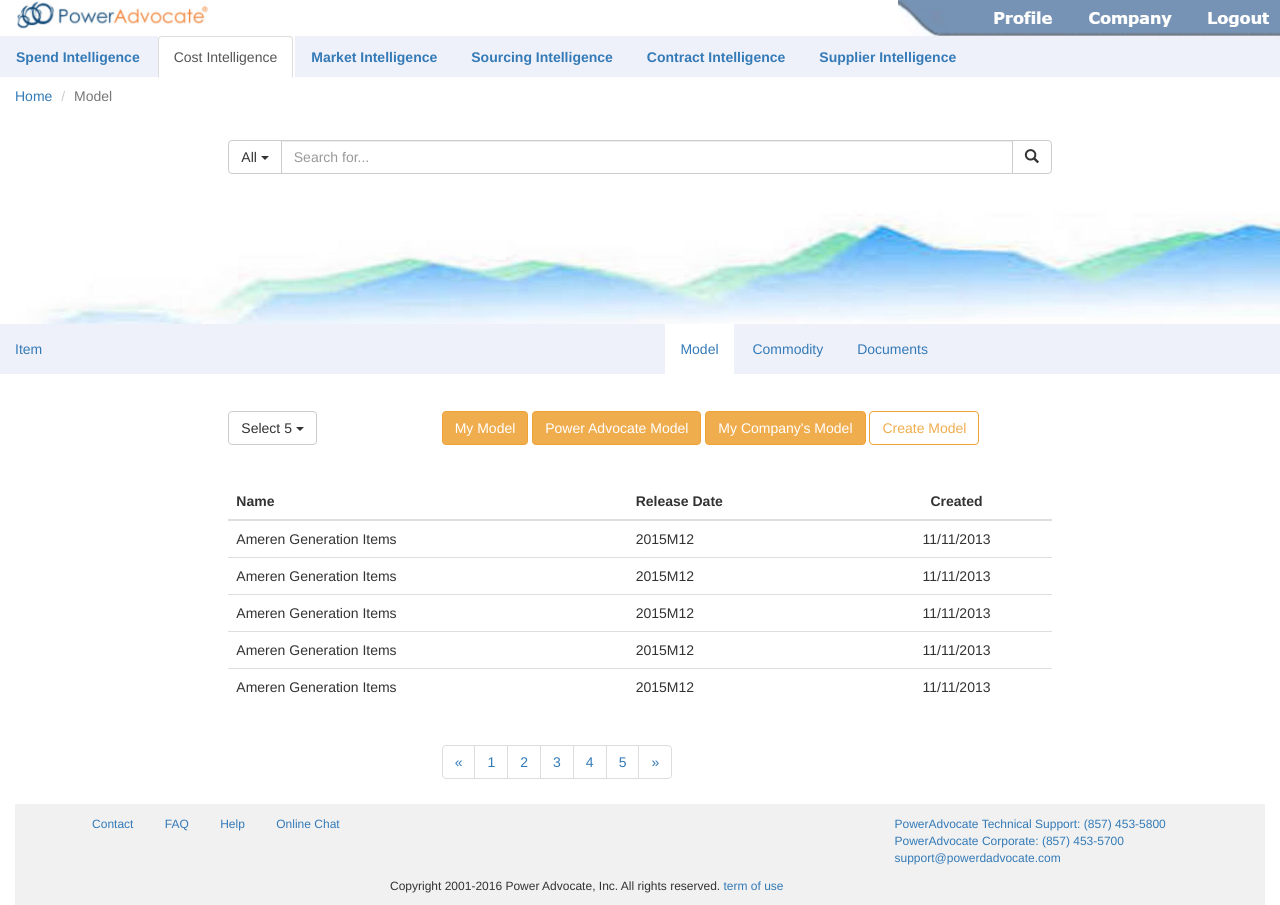
Repository: SamiraMansouri/PowerAdvocate-CostIntelligence-Application-new-Design-using-UserExperience-Method-
Page: http://localhost/PowerAdvocate/WEB-INF/views/home.jsp
These files come from the project's save history. The page is drawn as it stood at one moment and after the next save; the edit follows.
The browser window is 1280 px wide. The pictures show the whole page.
The page is served by Tomcat 9. Nobody is signed in. The template is opened directly, without the code that normally fills it, so the values that code supplies are empty.

Above is the page before, as saved 2016-04-25 01:26:56.

After the next save:
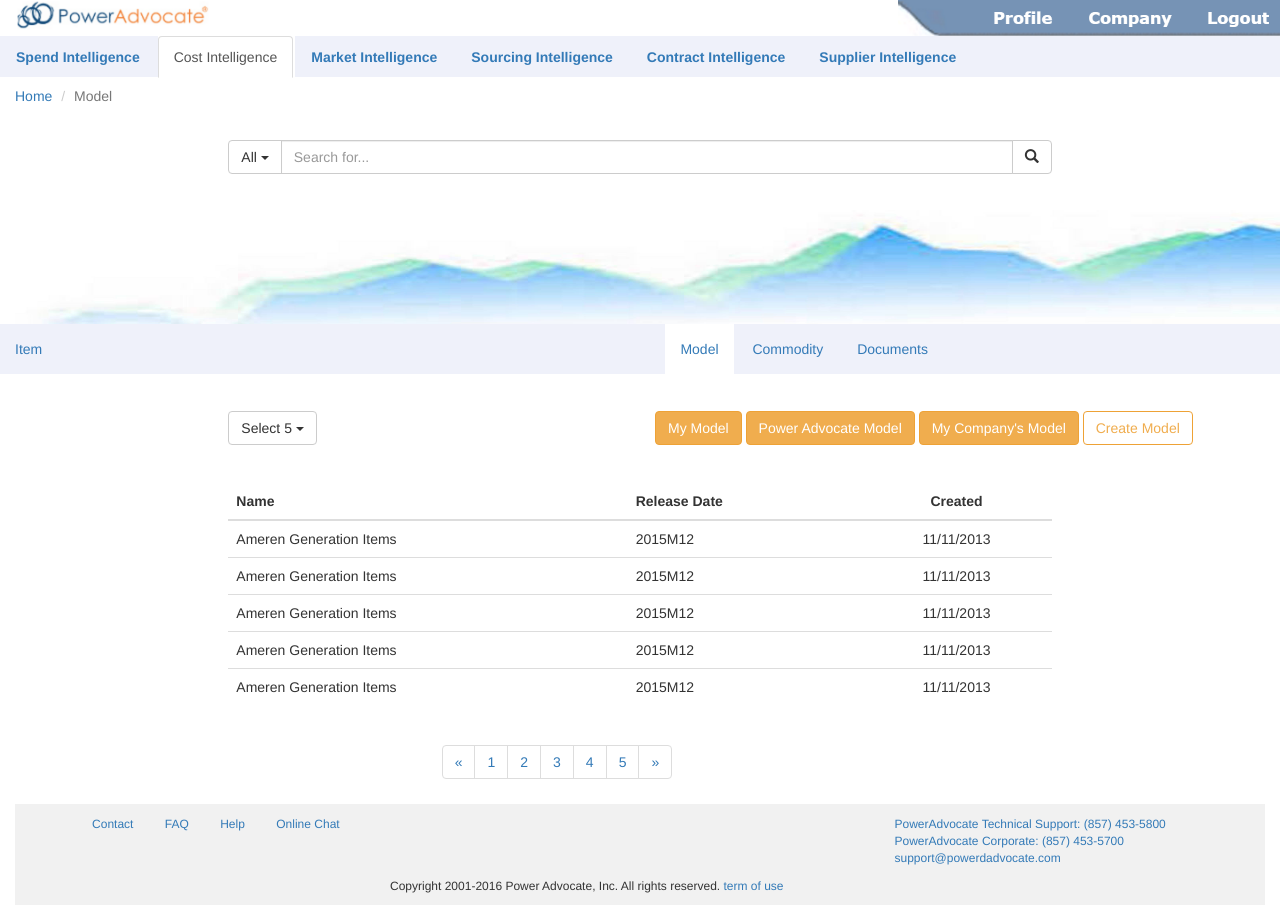
Saved 2 min 13 s later.
--- a/PowerAdvocate-Prototype/PowerAdvocate/src/main/webapp/WEB-INF/views/home.jsp
+++ b/PowerAdvocate-Prototype/PowerAdvocate/src/main/webapp/WEB-INF/views/home.jsp
@@ -233,7 +233,7 @@
 					</ul>
 				</div>
 			</div>
-			<div class="col-md-6 ">
+			<div class="col-md-6 pull-right">
 				<button type="Button" class="btn btn-warning">My Model</button>
 				<button type="Button" class="btn btn-warning">Power
 					Advocate Model</button>
